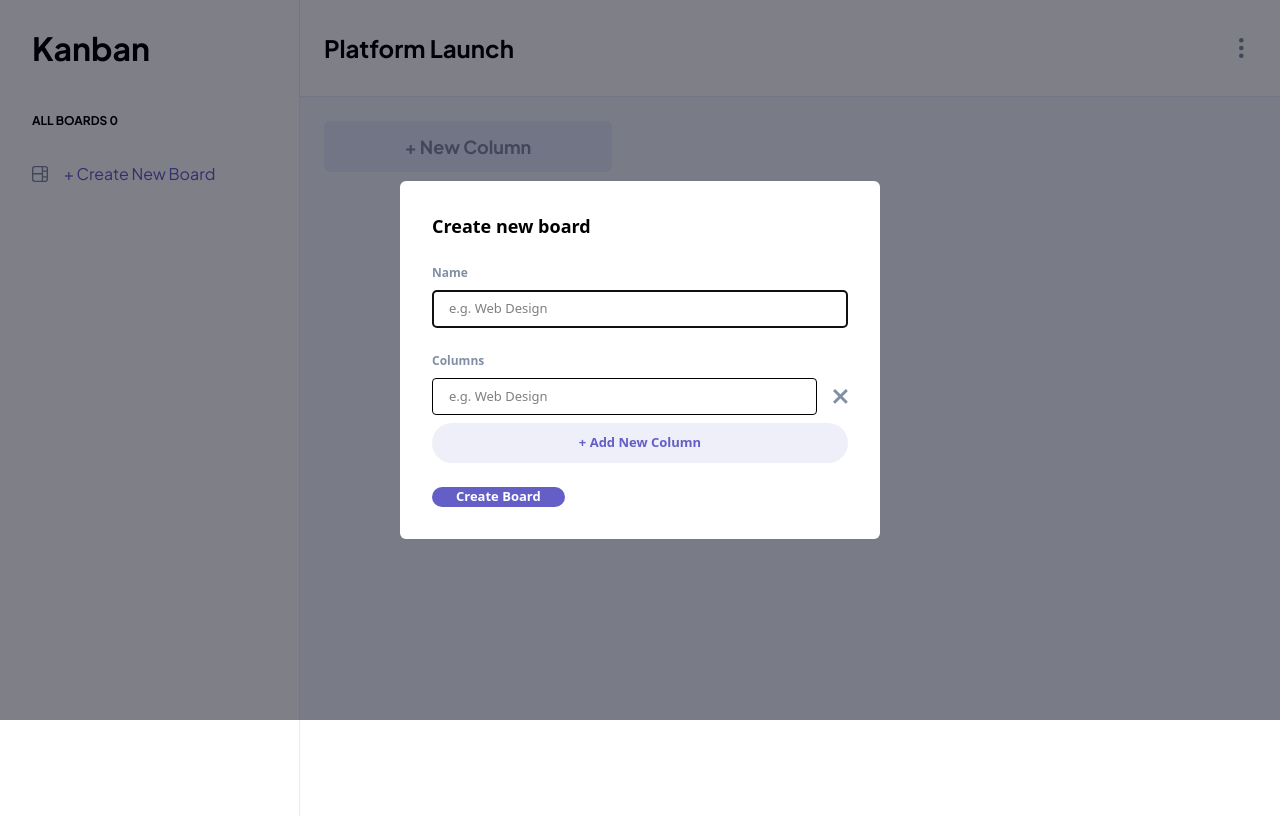
Repository: Baraajad231/Kanban-Board
Page: /, after clicking the first element matching `button.w-full`
These files come from the project's save history. The page is drawn as it stood at one moment and after the next save; the edit follows.
The browser window is 1280 px wide. The pictures show the whole page.
The project was rebuilt for these pictures with package versions that can differ from the ones it lists, and the page was loaded fresh each time. Also part of the build but not shown: vite.config.js, src/components/Card.jsx, src/components/Column.jsx.

Above is the page before, as saved 2026-03-25 18:10:28.

After the next save:
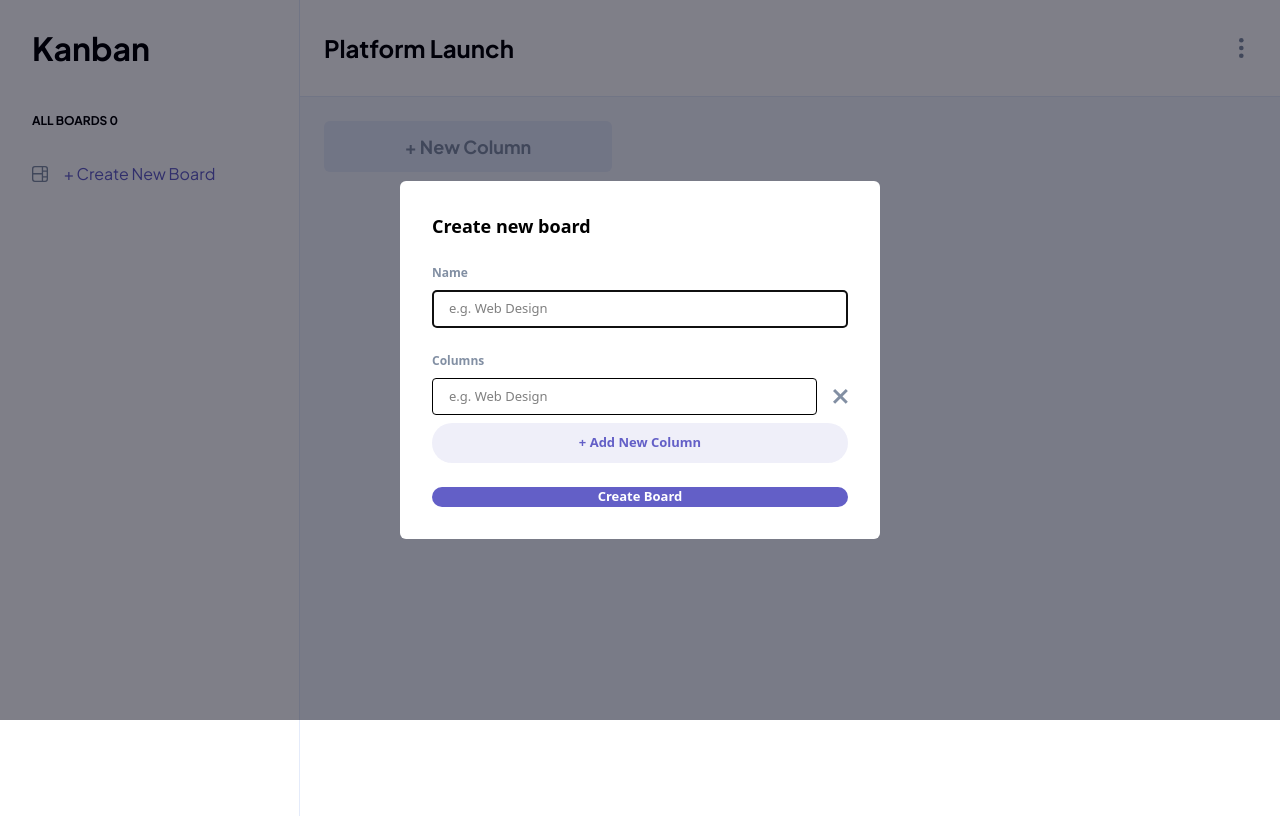
Saved 17 s later.
--- a/src/components/AddNewBoardForm.jsx
+++ b/src/components/AddNewBoardForm.jsx
@@ -21,7 +21,13 @@ const AddNewBoardForm = () => {
           + Add New Column
         </Button>
       </div>
-      <Button type="submit" variant="primary" size="md" className="mt-6">
+      <Button
+        type="submit"
+        variant="primary"
+        size="md"
+        isFullWidth={true}
+        className="mt-6"
+      >
         Create Board
       </Button>
     </form>
